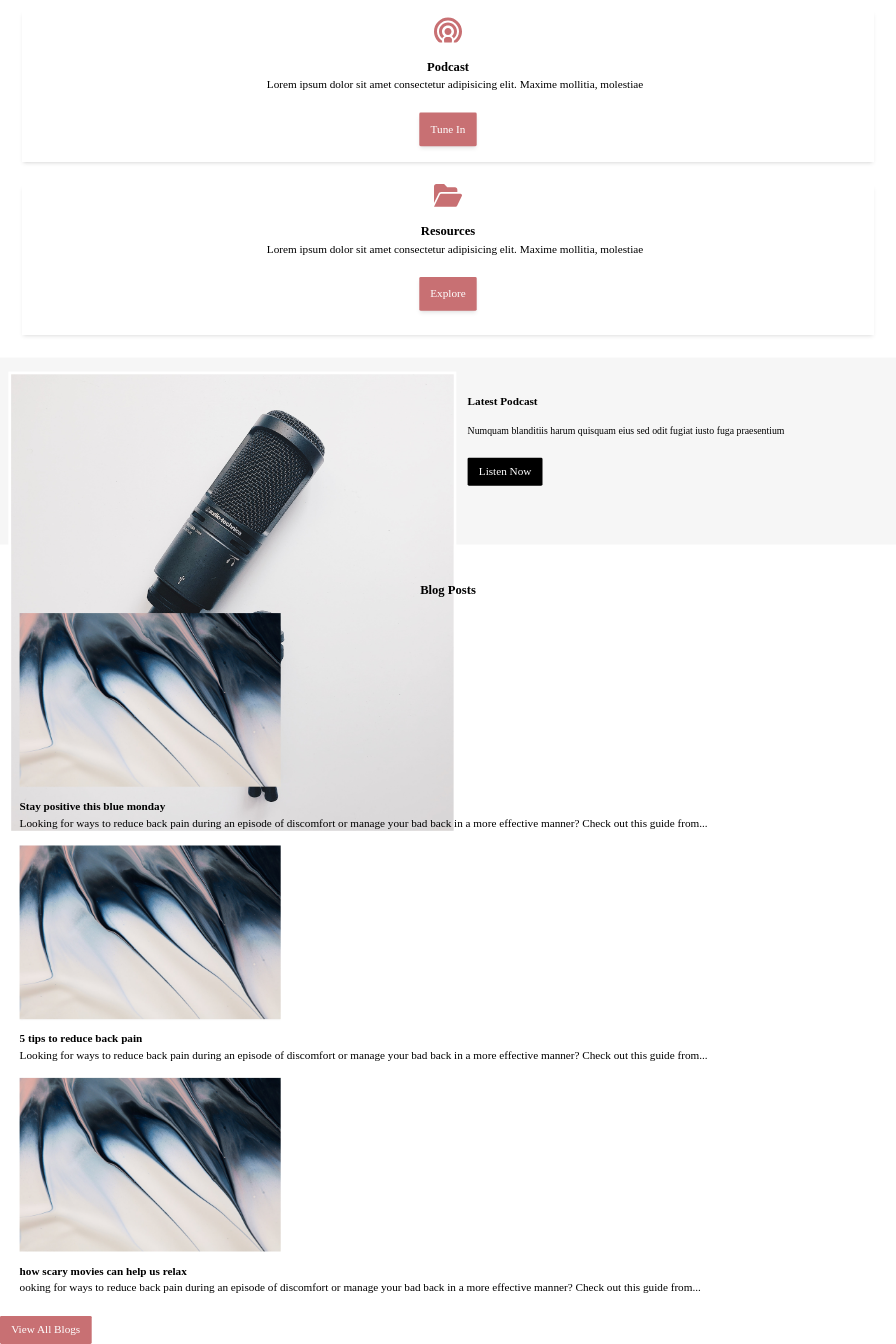
Repository: BrightonMboya/being-you
Page: /
The author's editor kept a copy of each file at every save. The page is drawn from the files as they stood at one save, then again after the next save.
The browser window is 1280 px wide. The pictures show the part of the page from y = 1077 to 2997 px (the page is 2997 px tall), at 70% of full size.
The project was rebuilt for these pictures with package versions that can differ from the ones it lists, and the page was loaded fresh each time.

Above is the page before, as saved 2022-05-29 08:30:34.

After the next save:
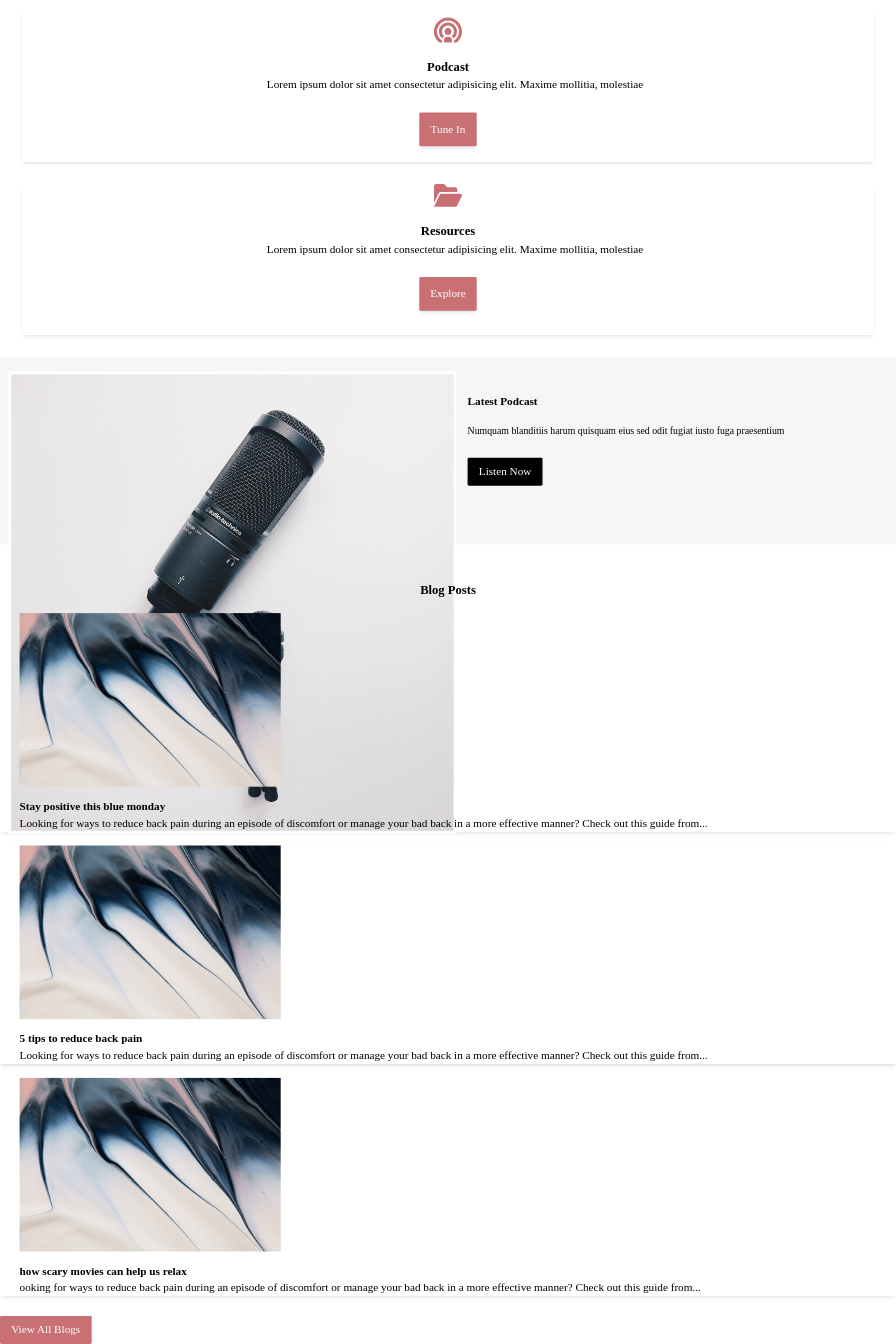
Saved 12 s later.
--- a/src/Components/Blog/BlogCard.jsx
+++ b/src/Components/Blog/BlogCard.jsx
@@ -3,8 +3,8 @@
 const BlogCard = (props) => {
   return (
     <div>
-        <div className='px-7'>
-            <img src={props.image} alt="" className='mt-5 object-cover shadow-sm'/>
+        <div className='px-7 shadow-md'>
+            <img src={props.image} alt="" className='mt-5 object-cover'/>
             <h3 className='mt-4 font-semibold text-base'>{props.title}</h3>
             <p>{props.description}</p>
         </div>

After the save that followed:
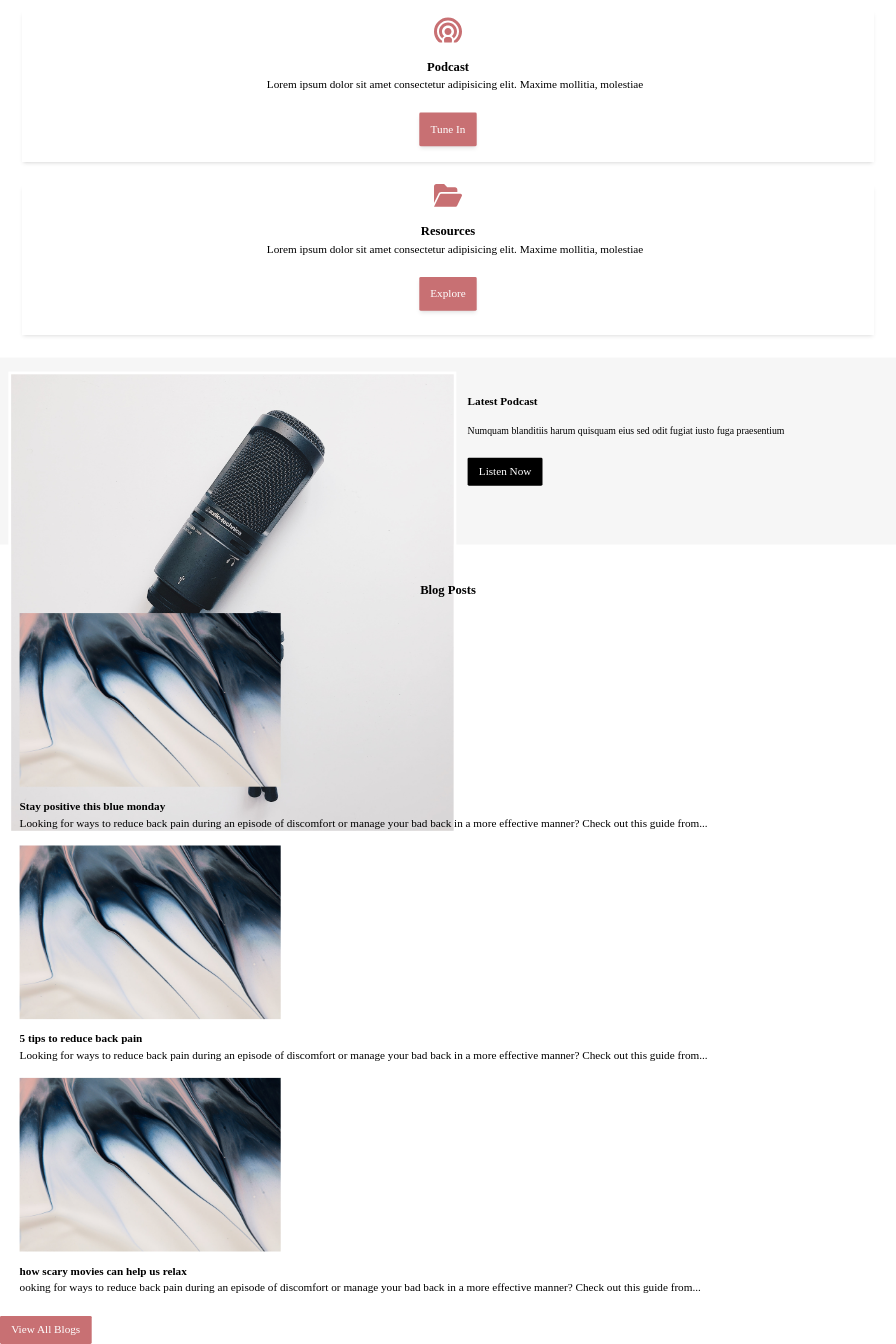
Saved 7 s later.
--- a/src/Components/Blog/BlogCard.jsx
+++ b/src/Components/Blog/BlogCard.jsx
@@ -3,7 +3,7 @@
 const BlogCard = (props) => {
   return (
     <div>
-        <div className='px-7 shadow-md'>
+        <div className='px-7'>
             <img src={props.image} alt="" className='mt-5 object-cover'/>
             <h3 className='mt-4 font-semibold text-base'>{props.title}</h3>
             <p>{props.description}</p>
